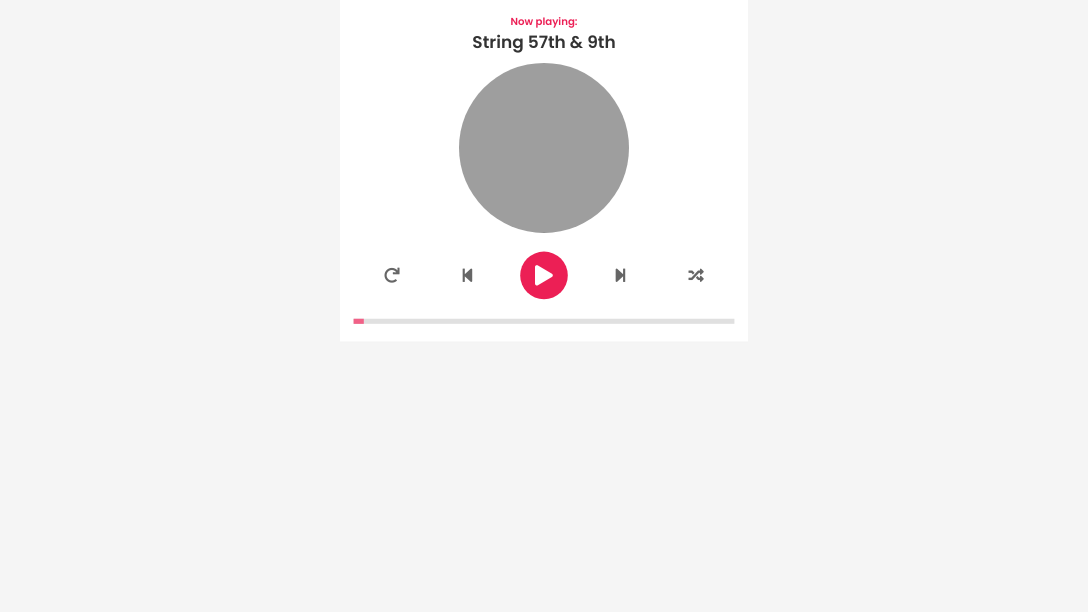
Repository: KienCao2000/demo-music
Page: index.html
These files come from the project's save history. The page is drawn as it stood at one moment and after the next save; the edit follows.
The browser window is 1280 px wide. The pictures show the whole page, at 85% of full size.
Pictures or frames that could not be fetched are drawn as grey boxes.

Above is the page before, as saved 2022-02-24 23:11:12.

### index.html
<!DOCTYPE html>
<html lang="en">
<head>
    <meta charset="UTF-8">
    <meta http-equiv="X-UA-Compatible" content="IE=edge">
    <meta name="viewport" content="width=device-width, initial-scale=1.0">
    <title>Music player</title>
    <link rel="stylesheet" href="https://cdnjs.cloudflare.com/ajax/libs/font-awesome/5.15.2/css/all.min.css" integrity="sha512-HK5fgLBL+xu6dm/Ii3z4xhlSUyZgTT9tuc/hSrtw6uzJOvgRr2a9jyxxT1ely+B+xFAmJKVSTbpM/CuL7qxO8w==" crossorigin="anonymous" />
    <link rel="preconnect" href="https://fonts.gstatic.com">
    <link href="https://fonts.googleapis.com/css2?family=Poppins:wght@300;400;600&display=swap" rel="stylesheet">
    <link rel="stylesheet" href="./css/style.css">
</head>
<body>
    <div class="player">
        <!-- Dashboard -->
        <div class="dashboard">
          <!-- Header -->
          <header>
            <h4>Now playing:</h4>
            <h2>String 57th & 9th</h2>
          </header>

          <!-- CD -->
          <div class="cd">
            <div class="cd-thumb" style="background-image: url('https://i.ytimg.com/vi/jTLhQf5KJSc/maxresdefault.jpg')">
            </div>
          </div>

          <!-- Control -->
          <div class="control">
            <div class="btn btn-repeat">
              <i class="fas fa-redo"></i>
            </div>
            <div class="btn btn-prev">
              <i class="fas fa-step-backward"></i>
            </div>
            <div class="btn btn-toggle-play">
              <i class="fas fa-pause icon-pause"></i>
              <i class="fas fa-play icon-play"></i>
            </div>
            <div class="btn btn-next">
              <i class="fas fa-step-forward"></i>
            </div>
            <div class="btn btn-random">
              <i class="fas fa-random"></i>
            </div>
          </div>

          <input id="progress" class="progress" type="range" value="0" step="1" min="0" max="100">

          <audio id="audio" src=""></audio>
        </div>

        <!-- Playlist -->
        <div class="playlist">

        </div>
    </div>
    <script>
        /**
         * 1. Render songs
         * 2. Scroll top
         * 3. Play / pause / seek
         * 4. CD rotate
         * 5. Next / prev
         * 6. Random
         * 7. Next / Repeat when ended
         * 8. Active song
         * 9. Scroll active song into view
         * 10. Play song when click
        */

        const $ = document.querySelector.bind(document);
        const $$ = document.querySelectorAll.bind(document);


        const app = {
          songs: [
            {
              name: 'Ngày đầu tiên',
              singer: 'Đức Phúc',
              path: './music/song1.mp3',
              img: './img/song1.png'
            },
            {
              name: 'Yêu đương khó quá thì chạy về khóc với anh',
              singer: 'Erik',
              path: './music/song2.mp3',
              img: './img/song2.png'
            },
            {
              name: 'Chạy về nơi anh',
              singer: 'Khắc Việt',
              path: './music/song3.mp3',
              img: './img/song3.png'
            },
            {
              name: 'Câu hứa chưa vẹn tròn',
              singer: 'Phát Huy T4',
              path: './music/song4.mp3',
              img: './img/song4.png'
            },
            {
              name: 'Hoa tàn tình tan',
              singer: 'Giang Jolee',
              path: './music/song5.mp3',
              img: './img/song5.png'
            },
            {
              name: 'Câu hẹn câu thề',
              singer: 'Đình Dũng',
              path: './music/song6.mp3',
              img: './img/song6.png'
            },
            {
              name: 'Đế Vương',
              singer: 'Đình Dũng, ACV',
              path: './music/song7.mp3',
              img: './img/song7.png'
            },
            {
              name: 'Sài Gòn đau lòng quá',
              singer: 'Hứa Kim Tuyền',
              path: './music/song8.mp3',
              img: './img/song8.png'
            },
            {
              name: 'Tình thương phu thê',
              singer: 'Chí Hướng',
              path: './music/song9.mp3',
              img: './img/song9.png'
            },
            {
              name: 'Cưới thôi',
              singer: 'Bray, Masew',
              path: './music/song10.mp3',
              img: './img/song10.png'
            },
          ],
          render: function() {
            const htmls = this.songs.map(song => {
              return `
              <div class="song">
                <div class="thumb" style="background-image: url('${song.img}')">
                </div>
                <div class="body">
                  <h3 class="title">${song.name}</h3>
                  <p class="author">${song.singer}</p>
                </div>
                <div class="option">
                  <i class="fas fa-ellipsis-h"></i>
                </div>
              </div>
              `
            })
            $('.playlist'),innerHTML = htmls.join('')
          },
          start: function() {
            this.render()
          }
        }

        app.start()
    </script>
</body>
</html>

### css/style.css
:root {
    --primary-color: #ec1f55;
    --text-color: #333;
}

*{
    padding: 0;
    margin: 0;
    box-sizing: inherit;
}

body {
    background-color: #f5f5f5;
}

html {
    box-sizing: border-box;
    font-family: "Poppins", sans-serif;
}

.player {
    position: relative;
    max-width: 480px;
    margin: 0 auto;
}

.player .icon-pause {
    display: none;
}

.player.playing .icon-pause {
    display: inline-block;
}

.player.playing .icon-play {
    display: none;
}
.dashboard {
    padding: 16px 16px 14px;
    background-color: #fff;
    position: fixed;
    top: 0;
    width: 100%;
    max-width: 480px;
    border-bottom: 1px solid #ebebeb;
}

  /* HEADER */
header {
    text-align: center;
    margin-bottom: 10px;
}

header h4 {
    color: var(--primary-color);
    font-size: 12px;
}

header h2 {
    color: var(--text-color);
    font-size: 20px;
}

  /* CD */
.cd {
    display: flex;
    margin: auto;
    width: 200px;
  }

.cd-thumb {
    width: 100%;
    padding-top: 100%;
    border-radius: 50%;
    background-color: #333;
    background-size: cover;
    margin: auto;
}

  /* CONTROL */
.control {
    display: flex;
    align-items: center;
    justify-content: space-around;
    padding: 18px 0 8px 0;
}

.control .btn {
    color: #666;
    padding: 18px;
    font-size: 18px;
  }

.control .btn.active {
    color: var(--primary-color);
  }

.control .btn-toggle-play {
    width: 56px;
    height: 56px;
    border-radius: 50%;
    font-size: 24px;
    color: #fff;
    display: flex;
    align-items: center;
    justify-content: center;
    background-color: var(--primary-color);
}

.progress {
    width: 100%;
    -webkit-appearance: none;
    height: 6px;
    background: #d3d3d3;
    outline: none;
    opacity: 0.7;
    -webkit-transition: 0.2s;
    transition: opacity 0.2s;
}

.progress::-webkit-slider-thumb {
    -webkit-appearance: none;
    appearance: none;
    width: 12px;
    height: 6px;
    background-color: var(--primary-color);
    cursor: pointer;
}

  /* PLAYLIST */
  .playlist {
    margin-top: 408px;
    padding: 12px;
}

.song {
    display: flex;
    align-items: center;
    margin-bottom: 12px;
    background-color: #fff;
    padding: 8px 16px;
    border-radius: 5px;
    box-shadow: 0 2px 3px rgba(0, 0, 0, 0.1);
}

.song.active {
    background-color: var(--primary-color);
}

.song:active {
    opacity: 0.8;
}

  .song.active .option,
  .song.active .author,
  .song.active .title {
    color: #fff;
}

.song .thumb {
    width: 44px;
    height: 44px;
    border-radius: 50%;
    background-size: cover;
    margin: 0 8px;
}

.song .body {
    flex: 1;
    padding: 0 16px;
}

  .song .title {
    font-size: 18px;
    color: var(--text-color);
}

.song .author {
    font-size: 12px;
    color: #999;
}

.song .option {
    padding: 16px 8px;
    color: #999;
    font-size: 18px;
}

After the next save:
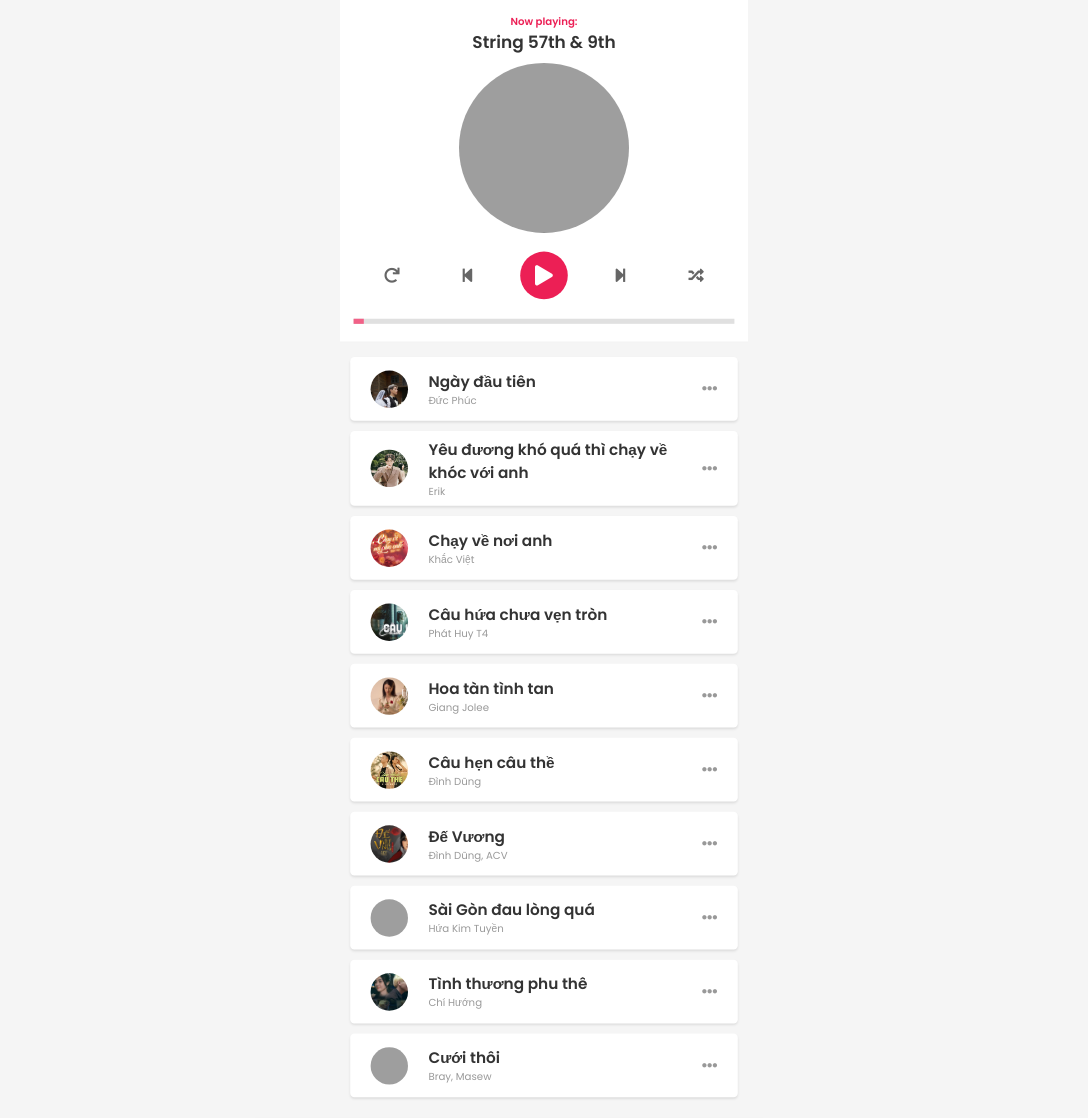
Saved 25 s later.
--- a/index.html
+++ b/index.html
@@ -153,7 +153,7 @@
               </div>
               `
             })
-            $('.playlist'),innerHTML = htmls.join('')
+            $('.playlist').innerHTML = htmls.join('')
           },
           start: function() {
             this.render()
